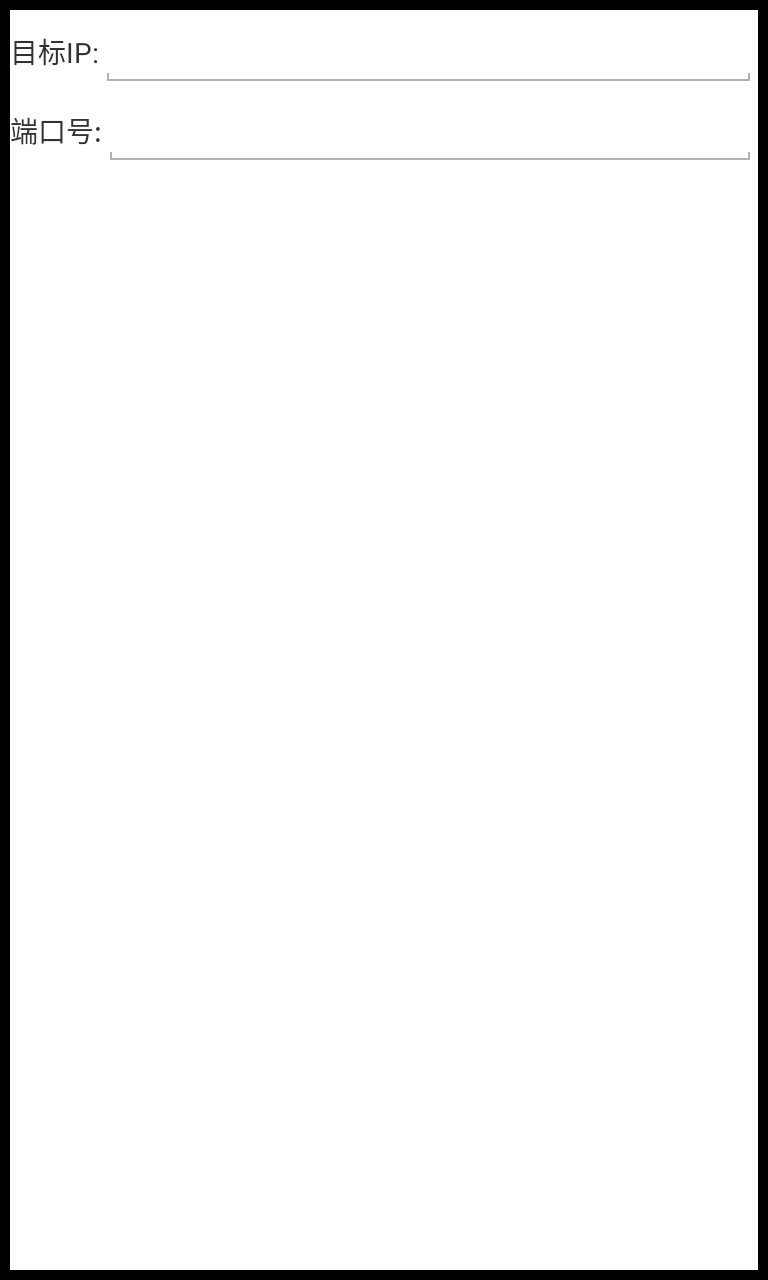
Repository: Ollyder/eclipse_work
Layout: WIFI_PM2.5(UI)/res/layout/activity_main.xml
These files come from the project's save history. The layout is drawn as it stood at one moment and after the next save; the edit follows.
It is drawn on a 768 x 1280 px phone screen (xhdpi) without system bars, with theme AppTheme; the app's code is not run.

Above is the layout before, as saved 2017-05-27 03:39:04.

### WIFI_PM2.5(UI)/res/layout/activity_main.xml
<LinearLayout xmlns:android="http://schemas.android.com/apk/res/android"
    android:layout_width="match_parent"
    android:layout_height="match_parent"
    android:orientation="horizontal"
    android:background="#000000"
   >

    <LinearLayout
        android:layout_width="0sp"
        android:layout_height="match_parent"
        android:layout_weight="1"
        android:background="#ffffff"
        android:orientation="vertical"
        android:layout_margin="5sp">

        <LinearLayout
            android:layout_width="match_parent"
            android:layout_height="wrap_content"
            android:orientation="horizontal" >

            <TextView
                android:id="@+id/text_view1"
                android:layout_width="wrap_content"
                android:layout_height="wrap_content"
                android:text="目标IP:"
                android:gravity="bottom" />

        	<EditText
            	android:id="@+id/edit_view1"
            	android:layout_width="0sp"
            	android:layout_height="wrap_content"
            	android:layout_weight="1"/>

        </LinearLayout>
		 <LinearLayout
            android:layout_width="match_parent"
            android:layout_height="wrap_content"
            android:orientation="horizontal" >

            <TextView
                android:id="@+id/text_view2"
                android:layout_width="wrap_content"
                android:layout_height="wrap_content"
                android:text="端口号:"
                android:gravity="bottom" />

        	<EditText
            	android:id="@+id/edit_view2"
            	android:layout_width="0sp"
            	android:layout_height="wrap_content"
            	android:layout_weight="1"/>

        </LinearLayout>

    </LinearLayout>



</LinearLayout>

Loaded but not shown: WIFI_PM2.5(UI)/res/values/styles.xml (common file); WIFI_PM2.5(UI)/res/values-v11/styles.xml (common file); WIFI_PM2.5(UI)/res/values-v14/styles.xml (common file)

After the next save:
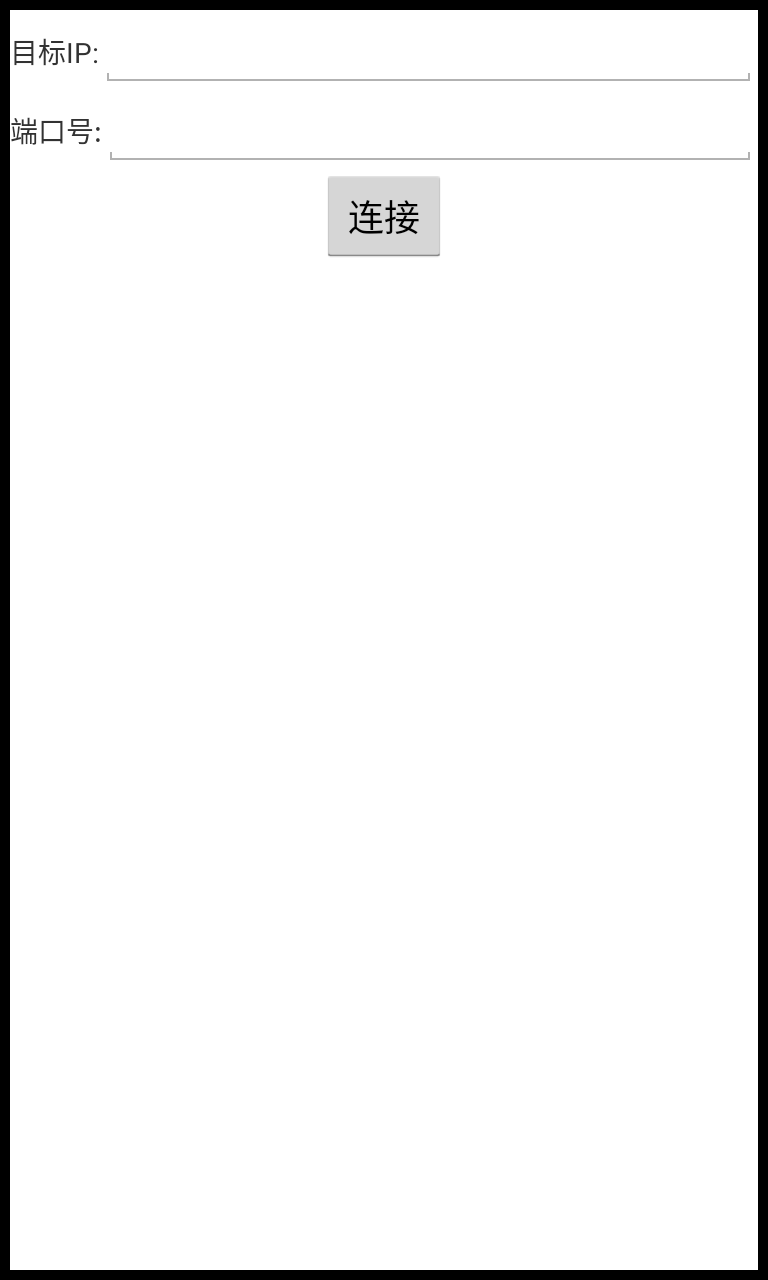
Saved 4 min 15 s later.
--- a/WIFI_PM2.5(UI)/res/layout/activity_main.xml
+++ b/WIFI_PM2.5(UI)/res/layout/activity_main.xml
@@ -32,7 +32,7 @@
             	android:layout_weight="1"/>
 
         </LinearLayout>
-		 <LinearLayout
+		<LinearLayout
             android:layout_width="match_parent"
             android:layout_height="wrap_content"
             android:orientation="horizontal" >
@@ -52,6 +52,13 @@
 
         </LinearLayout>
 
+		<Button
+		    android:id="@+id/button1"
+		    android:layout_width="wrap_content"
+		    android:layout_height="wrap_content"
+		    android:layout_gravity="center"
+		    android:text="连接"/>
+
     </LinearLayout>
 
 
